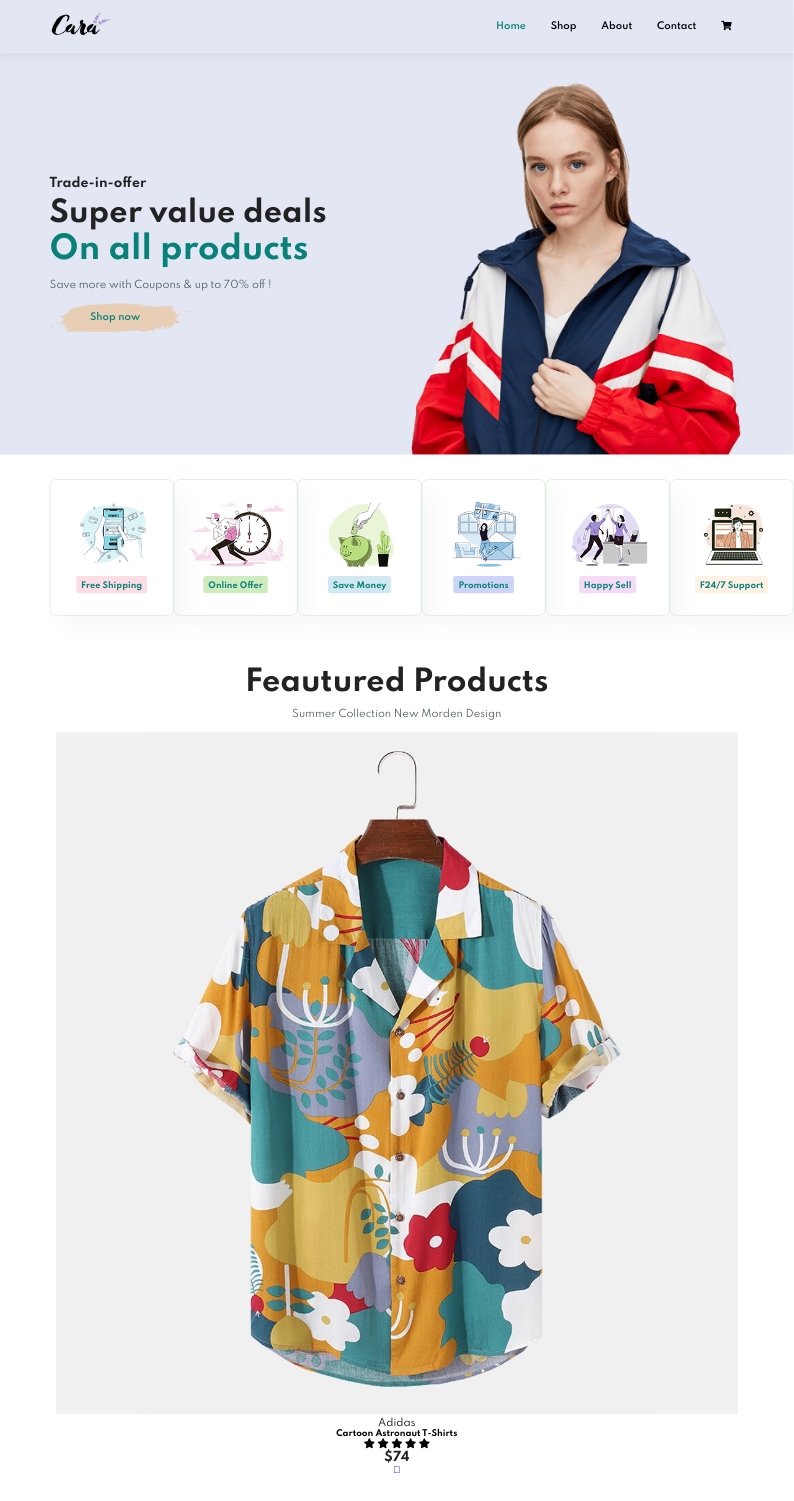
Repository: Daryllgio/E-Commerce-Website-UI
Page: index.html
These files come from the project's save history. The page is drawn as it stood at one moment and after the next save; the edit follows.
The browser window is 1280 px wide. The pictures show the whole page, at 62% of full size.
Some web libraries are served in a nearby version.

Above is the page before, as saved 2024-12-31 12:55:47.

After the next save:
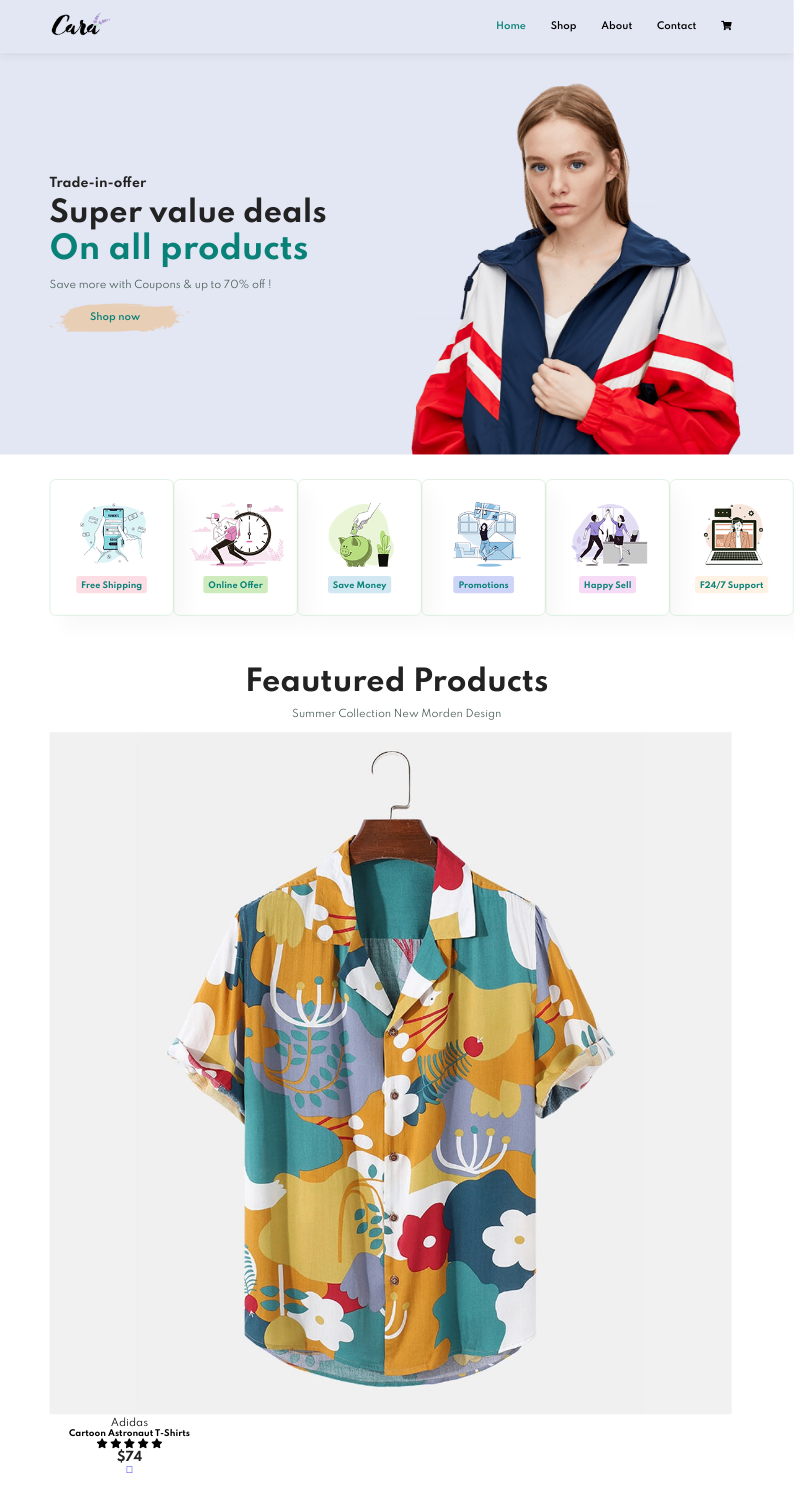
Saved 13 s later.
--- a/style.css
+++ b/style.css
@@ -182,5 +182,5 @@ body {
 }
 
 #product1 .pro {
-  text-align: center;
+  width: 23%;
 }
